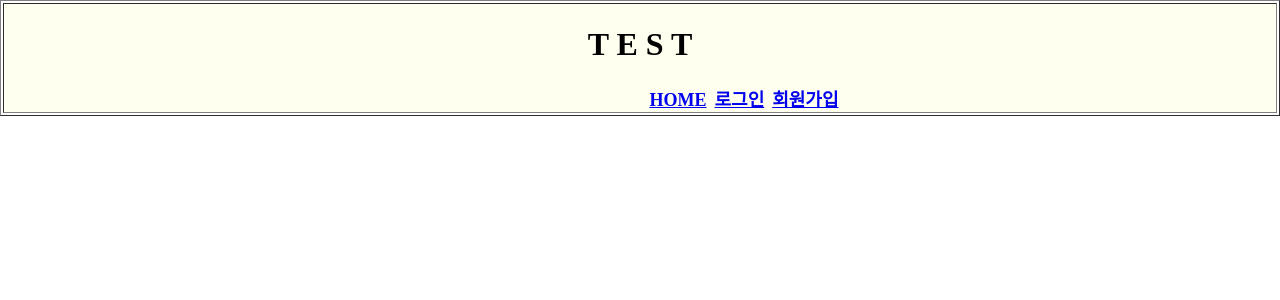
Repository: CHANGMAN-LEE/Java_ee
Page: workspace/test/WebContent/test/index.html
These files come from the project's save history. The page is drawn as it stood at one moment and after the next save; the edit follows.
The browser window is 1280 px wide. The pictures show the whole page.

Above is the page before, as saved 2020-07-09 05:52:10.

After the next save:
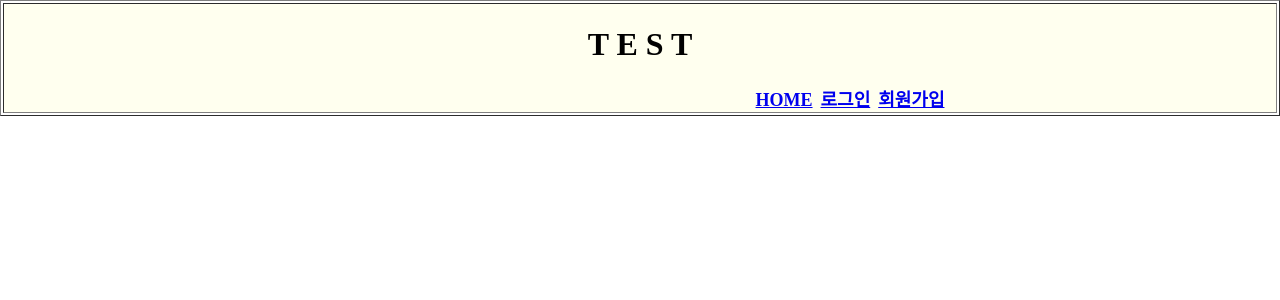
Saved 19 s later.
--- a/workspace/test/WebContent/test/index.html
+++ b/workspace/test/WebContent/test/index.html
@@ -10,6 +10,7 @@
 		<td align="center">
 			<h1>T E S T</h1>
 			&emsp;&emsp;&emsp;&emsp;&emsp;&emsp;&emsp;&emsp;&emsp;&emsp;&emsp;&emsp;&emsp;
+			&emsp;&emsp;&emsp;&emsp;&emsp;&emsp;&emsp;&emsp;&emsp;&emsp;&emsp;&emsp;&emsp;
 			<a href="../test/index.html"><font size="4"><strong>HOME</strong></font></a>&nbsp;
 			<a href="../test/loginForm.jsp"><font size="4"><strong>로그인</strong></font></a>&nbsp;
 			<a href="../test/writeForm.jsp"><font size="4"><strong>회원가입</strong></font></a>&nbsp;
